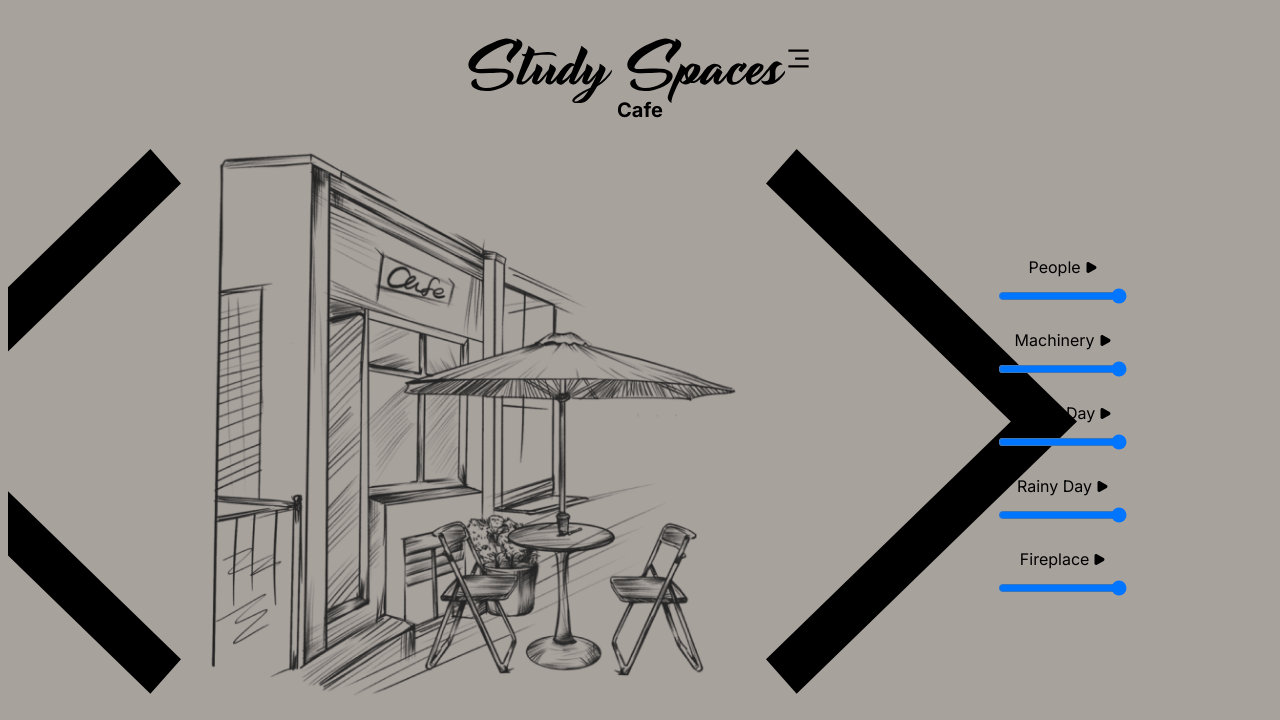
Repository: kaitlynlie/studyspaces
Page: / (app in studyspaces/)
These files come from the project's save history. The page is drawn as it stood at one moment and after the next save; the edit follows.
The browser window is 1280 px wide. The pictures show the whole page.
The project was rebuilt for these pictures with package versions that can differ from the ones it lists, and the page was loaded fresh each time. Also part of the build but not shown: studyspaces/vite.config.ts. Imported but missing from the stored project, and not drawn on this page: studyspaces/src/audio/fireplace.wav, studyspaces/src/audio/people.wav, studyspaces/src/audio/rain.wav, studyspaces/src/audio/softmachinery.mp3, studyspaces/src/audio/sun.wav.

Above is the page before, as saved 2023-09-28 11:32:25.

### studyspaces/index.html
<!DOCTYPE html>
<html lang="en">
  <head>
    <meta charset="UTF-8" />
    <link rel="icon" type="image/svg+xml" href="/vite.svg" />
    <meta name="viewport" content="width=device-width, initial-scale=1.0" />
    <title>Study Spaces</title>
  </head>
  <body>
    <div id="root"></div>
    <script type="module" src="/src/main.tsx"></script>
  </body>
</html>

### studyspaces/src/main.tsx
import React from 'react'
import ReactDOM from 'react-dom/client'
import App from './App'
import './index.scss'
import { BrowserRouter } from 'react-router-dom'

ReactDOM.createRoot(document.getElementById('root')!).render(
  <BrowserRouter>
    <App />
  </BrowserRouter>,
)

### studyspaces/src/App.tsx
import clsx from "clsx";
import { Route, Routes } from 'react-router-dom'
import React from "react";
import { Home } from "./pages/Home";
import { Navbar } from "./pages";

function App() {
  return (
    <>
      <div className={clsx("app", "w-full overflow-hidden")}>
          {/* <img
            src={tracks}
            alt='tracks'
            className={clsx(styles.tracks)}
          />  */}
        {/* <Navbar /> */}
        <Routes>
          <Route index path="/" element={<Home />} />
          {/* <Route path="about" element={<About />} />
          <Route path="membership" element={<Membership />} />
          <Route path="faq" element={<FAQ />} />
          <Route path="blog" element={<Blog />} />
          <Route path="careers" element={<Careers />} />
          <Route path='blog2' element={<Blog2 />} /> */}
      </Routes>
      </div>
    </>
  )
  }

export default App;

### studyspaces/src/index.scss
@import url("https://fonts.googleapis.com/css2?family=Inter:wght@400;500;600;700;800;900&display=swap");
// @import "./style/globals/general.scss";

@tailwind base;
@tailwind components;
@tailwind utilities;

:root {
  font-family: Inter;
  overflow-x: hidden;
}

@keyframes jump {
  0%, 100% {
    transform: translateY(0);
  }
  50% {
    transform: translateY(-20px);
  }
}

.jumping-word {
  display: inline-block;
  animation: jump 1s infinite;
}

### studyspaces/src/pages/Home.tsx
import styles from "./home.module.scss";
import clsx from "clsx";
import { title, coffee, leftarrow, rightarrow, play, pause } from "../assets";
import React, { ChangeEvent, useState, useRef } from 'react';
import { people, machinery, sunny, rainy, fire } from "../audio";
import { Navbar } from ".";

export function Home() {
  const [sliderValues, setSliderValues] = useState({
    peopleVolumeSlider: 1,
    machVolumeSlider: 1,
    sunnyVolumeSlider: 1,
    rainyVolumeSlider: 1,
    fireVolumeSlider: 1,
  });

  const handleSliderChange = (event: ChangeEvent<HTMLInputElement>) => {
    const { id, value } = event.target;
    setSliderValues((prevValues) => ({
      ...prevValues,
      [id]: parseFloat(value),
    }));
  };

  const [isPlaying, setIsPlaying] = useState<AudioState>({});

  interface AudioState {
    [key: string]: boolean;
  }

  const handlePlayButtonClick = (audioId: string) => {
    setIsPlaying((prevState) => ({
      ...prevState,
      [audioId]: !prevState[audioId] || !prevState[audioId],
    }));
  };

  return (
    <div className={clsx(styles.body)}>
        <section className={clsx(styles.home)}>
          <div className={clsx(styles.header)}>
            <div className={clsx(styles.studyspaces)}>
              <img src={title} className={clsx(styles.title)}/>
            </div>
            <div className={clsx(styles.dropdown)}>
              <Navbar />
            </div>
          </div>
            <h4>Cafe</h4>
            <div className={clsx(styles.content)}>
              <div className={clsx(styles.hero)}>
                <img id="leftArrow" src={leftarrow} />
                <img src={coffee} className={clsx(styles.coffee)} />
                <img id="rightArrow" src={rightarrow} />
              </div>

              <div className={clsx(styles.audiolist)}>
                <div className={clsx(styles.audio)}>
                  <div className={clsx(styles.title)}>
                    <p>People</p>
                    <img
                      src={play}
                      width="11"
                      height="11"
                      id="peoplePlayButton"
                      onClick={() => handlePlayButtonClick("peopleAudioPlayer")}                    />
                  </div>
                  <audio id="peopleAudioPlayer">
                    <source src={people} type="audio/wav" />
                  </audio>
                  <input
                    type="range"
                    id="peopleVolumeSlider"
                    min={0}
                    max={1}
                    step={0.1}
                    value={sliderValues.peopleVolumeSlider}
                    onChange={handleSliderChange}
                  />
                </div>

                <div className={clsx(styles.audio)}>
                  <div className={clsx(styles.title)}>
                    <p>Machinery</p>
                    <img
                      src={play}
                      width="11"
                      height="11"
                      id="machPlayButton"
                      onClick={() => handlePlayButtonClick("machAudioPlayer")}
                    />
                  </div>
                  <audio id="machAudioPlayer">
                    <source src={machinery} type="audio/mp3" />
                  </audio>
                  <input
                    type="range"
                    id="machVolumeSlider"
                    min={0}
                    max={1}
                    step={0.1}
                    value={sliderValues.machVolumeSlider}
                    onChange={handleSliderChange}
                  />
                </div>

                <div className={clsx(styles.audio)}>
                  <div className={clsx(styles.title)}>
                    <p>Sunny Day</p>
                    <img
                      src={play}
                      width="11"
                      height="11"
                      id="sunnyPlayButton"
                      onClick={() => handlePlayButtonClick("sunnyAudioPlayer")}
                    />
                  </div>
                  <audio id="sunnyAudioPlayer">
                    <source src={sunny} type="audio/wav" />
                  </audio>
                  <input
                    type="range"
                    id="sunnyVolumeSlider"
                    min={0}
                    max={1}
                    step={0.1}
                    value={sliderValues.sunnyVolumeSlider}
                    onChange={handleSliderChange}
                  />
                </div>

                <div className={clsx(styles.audio)}>
                  <div className={clsx(styles.title)}>
                    <p>Rainy Day</p>
                    <img
                      src={play}
                      width="11"
                      height="11"
                      id="rainyPlayButton"
                      onClick={() => handlePlayButtonClick("rainyAudioPlayer")}
                    />
                  </div>
                  <audio id="rainyAudioPlayer">
                    <source src={rainy} type="audio/wav" />
                  </audio>
                  <input
                    type="range"
                    id="rainyVolumeSlider"
                    min={0}
                    max={1}
                    step={0.1}
                    value={sliderValues.rainyVolumeSlider}
                    onChange={handleSliderChange}
                  />
                </div>

                <div className={clsx(styles.audio)}>
                  <div className={clsx(styles.title)}>
                    <p>Fireplace</p>
                    <img
                      src={play}
                      width="11"
                      height="11"
                      id="firePlayButton"
                      onClick={() => handlePlayButtonClick("fireAudioPlayer")}
                    />
                  </div>
                  <audio id="fireAudioPlayer">
                    <source src={fire} type="audio/wav" />
                  </audio>
                  <input
                    type="range"
                    id="fireVolumeSlider"
                    min={0}
                    max={1}
                    step={0.1}
                    value={sliderValues.fireVolumeSlider}
                    onChange={handleSliderChange}
                  />
                </div>
              </div>
            </div>
        </section>
    </div>
  );
}

### studyspaces/src/pages/home.module.scss
body {
    background-color: rgb(168, 162, 157);
    section.home {
        padding: 10px;
        display: flex;
        flex-direction: column;
        justify-content: center;
        align-items: center;
        overflow-y: hidden;
        .header {
          display: flex;
          justify-content: space-between;
          align-items: center;
          // flex-direction: row;
          // justify-content: flex-end;
          // align-items: flex-start;
          .studyspaces {
            flex-grow: 1;
            display: flex;
            justify-content: center;
            align-items: center;
            .title {
              margin-top: 20px;
            }
          }
          .dropdown {
            // display: flex;
            // justify-content: flex-end;
          }
        }
        h4 {
            text-align: center;
            font-size: 20px;
            font-weight: 700;
            margin-top: -5px;
        }
        .content {
            display: flex;
            justify-content: space-between;
            gap: 200px;
            transition: gap 0.3s ease;
            // @media (max-width: 1089px) {
            //     gap: 50px;
            // }
            // @media (max-width: 919px) {
            //   flex-direction: column;
            // }
            .hero {
                display: flex;
                justify-content: center;
                gap: 30px;
                .coffee {
                    max-width: 550px;
                    max-height: 550px;
                    width: 100%;
                    height: 100%;
                    @media (max-width: 664px) {
                        max-width: 300px;
                        max-height: 300px;
                    }
                }
            }
            .audiolist {
                display: flex;
                flex-direction: column;
                align-items: center;
                justify-content: center;
                .audio {
                    display: flex;
                    flex-direction: column;
                    justify-content: center;
                    align-items: center;
                    .title {
                        display: flex;
                        flex-direction: row;
                        justify-content: center;
                        align-items: center;
                        gap: 5px;
                        img {
                            cursor: pointer;
                        }
                        .custom-range-slider {
                            appearance: none;
                            width: 100%;
                            height: 8px;
                            border-radius: 5px;
                            background-color: black;
                            outline: none;
                          }

                          .custom-range-slider::-webkit-slider-thumb {
                            appearance: none;
                            width: 16px;
                            height: 16px;
                            border-radius: 50%;
                            background-color: white;
                            cursor: pointer;
                          }

                          .custom-range-slider::-moz-range-thumb {
                            width: 16px;
                            height: 16px;
                            border-radius: 50%;
                            background-color: white;
                            cursor: pointer;
                          }

                          .custom-range-slider::-ms-thumb {
                            width: 16px;
                            height: 16px;
                            border-radius: 50%;
                            background-color: white;
                            cursor: pointer;
                          }
                        #peopleVolumeSlider {
                            -webkit-appearance: none;
                            appearance: none;
                            width: 100%;
                            height: 5px;
                            background-color: black; /* Set the default color of the track/bar */
                            outline: none;
                            position: relative;
                          }

                          #peopleVolumeSlider::-webkit-slider-thumb {
                            -webkit-appearance: none;
                            appearance: none;
                            width: 12px;
                            height: 12px;
                            background-color: black; /* Set the color of the slider thumb */
                            cursor: pointer;
                            border-radius: 50%;
                            position: relative;
                            z-index: 1;
                          }

                          #sunnyVolumeSlider {
                            -webkit-appearance: none;
                            appearance: none;
                            width: 100%;
                            height: 5px;
                            background-color: black; /* Set the default color of the track/bar */
                            outline: none;
                            position: relative;
                          }

                          #sunnyVolumeSlider::-webkit-slider-thumb {
                            -webkit-appearance: none;
                            appearance: none;
                            width: 12px;
                            height: 12px;
                            background-color: black; /* Set the color of the slider thumb */
                            cursor: pointer;
                            border-radius: 50%;
                            position: relative;
                            z-index: 1;
                          }

                          #rainyVolumeSlider {
                            -webkit-appearance: none;
                            appearance: none;
                            width: 100%;
                            height: 5px;
                            background-color: black; /* Set the default color of the track/bar */
                            outline: none;
                            position: relative;
                          }

                          #rainyVolumeSlider::-webkit-slider-thumb {
                            -webkit-appearance: none;
                            appearance: none;
                            width: 12px;
                            height: 12px;
                            background-color: black; /* Set the color of the slider thumb */
                            cursor: pointer;
                            border-radius: 50%;
                            position: relative;
                            z-index: 1;
                          }

                          #machVolumeSlider {
                            -webkit-appearance: none;
                            appearance: none;
                            width: 100%;
                            height: 5px;
                            background-color: black; /* Set the default color of the track/bar */
                            outline: none;
                            position: relative;
                          }

                          #machVolumeSlider::-webkit-slider-thumb {
                            -webkit-appearance: none;
                            appearance: none;
                            width: 12px;
                            height: 12px;
                            background-color: black; /* Set the color of the slider thumb */
                            cursor: pointer;
                            border-radius: 50%;
                            position: relative;
                            z-index: 1;
                          }

                          #fireVolumeSlider {
                            -webkit-appearance: none;
                            appearance: none;
                            width: 100%;
                            height: 5px;
                            background-color: black; /* Set the default color of the track/bar */
                            outline: none;
                            position: relative;
                          }

                          #fireVolumeSlider::-webkit-slider-thumb {
                            -webkit-appearance: none;
                            appearance: none;
                            width: 12px;
                            height: 12px;
                            background-color: black; /* Set the color of the slider thumb */
                            cursor: pointer;
                            border-radius: 50%;
                            position: relative;
                            z-index: 1;
                          }
                    }
                    input {
                        margin-top: -5px;
                        margin-bottom: 10px
                    }
                }
            }
        }
    }
}

### studyspaces/src/assets/index.ts
import title from './title.svg'
import coffee from './coffee.png'
import leftarrow from './leftarrow.svg'
import rightarrow from './rightarrow.svg'
import play from './play.svg'
import pause from './pause.svg'

export {
    title,
    coffee,
    leftarrow,
    rightarrow,
    play,
    pause
}

### studyspaces/src/audio/index.ts
import people from './people.wav'
import machinery from './softmachinery.mp3'
import sunny from './sun.wav'
import rainy from './rain.wav'
import fire from './fireplace.wav'

export {
    people,
    machinery,
    sunny,
    rainy,
    fire
}

### studyspaces/src/pages/index.ts
import Navbar from "./Navbar";

export {
    Navbar
}

### studyspaces/src/pages/Navbar.tsx
import React from 'react'
import styles from './Navbar.module.scss'
import clsx from 'clsx'
import { title } from '../assets'
import { Link } from 'react-router-dom'
import { useState } from 'react'
import { RiMenu3Line, RiCloseLine } from 'react-icons/ri';

const Navbar = () => {
  const [toggleMenu, setToggleMenu] = useState(false);
  const [nav, setNav] = useState(false);

  const openNav = () => {
    setNav(!nav);
  };

  return (
    <nav className={clsx(styles.navbar)}>
    <div className={clsx(styles.toggle)}>
        {toggleMenu
          ? <RiCloseLine color="#000" size={27} onClick={() => setToggleMenu(false)} />
          : <RiMenu3Line color="#000" size={27} onClick={() => setToggleMenu(true)} />}
        {toggleMenu && (
        <div className={clsx(styles.box)}>
          <div className="none">
            <ul className={clsx(styles.dropdown)}>
            <Link onClick={openNav} to='/'><li><a>Home</a></li></Link>
            <Link onClick={openNav} to='/about'><li><a>About</a></li></Link>
            <Link onClick={openNav} to='/membership'><li><a>Todo</a></li></Link>
            <Link onClick={openNav} to='/faq'><li><a>Timer</a></li></Link>
            </ul>
          </div>
        </div>
        )}
        </div>
  </nav>
  )
}

export default Navbar

### studyspaces/src/pages/Navbar.module.scss
nav.navbar {
    display: flex;
    flex-direction: row;
    align-items: center;
    justify-content: flex-end;
    z-index: 10;
    .components {
      display: flex;
      flex-direction: row;
      gap: 30px;
      font-size: 20px;
      font-weight: 500;
      line-height: 130%;
      z-index: 10;
      cursor: pointer;
      margin-right: 30px;
      a {
        z-index: 10;
        list-style-type: none;
        text-decoration: none;
        color: inherit;
      }
      @media (max-width: 1156px) {
        display: none;
      }
    }
    .signin {
      display: flex;
      flex-direction: row;
      align-items: center;
      gap: 10px;
      font-size: 20px;
      font-weight: 500;
      line-height: 130%;
      z-index: 10;
      cursor: pointer;
      @media (max-width: 1156px) {
        display: none;
      }
      .button {
        border-radius: 5px;
        background: #184171;
        width: 150px;
        height: 49px;
        color: white;
        margin-right: 5px;
        z-index: 10;
      }
    }
    .toggle {
      cursor: pointer;
      z-index: 10;

    //   margin-left: 20px;
    //   margin-right: 5px;
      .box {
        display: flex;
        justify-content: flex-end;
        align-items: flex-end;
        flex-direction: column;
        text-align: end;
        background-color: #ffffffc9;
        padding: 30px;
        position: absolute;
        top: 40px;
        right: 10px;
        border-radius: 5px;
        box-shadow: 0 10px 20px 0 rgba(0,0,0,0.5);
        z-index: 10;
        .dropdown {
          display: flex;
          justify-content: flex-end;
          align-items: flex-end;
          flex-direction: column;
          color: white;
          text-align: end;
          padding: 1px;
          li {
            margin-top: 8px;
            list-style-type: none;
            text-decoration: none;
            color: black;
          }
        }
      }
    }
  }

After the next save:
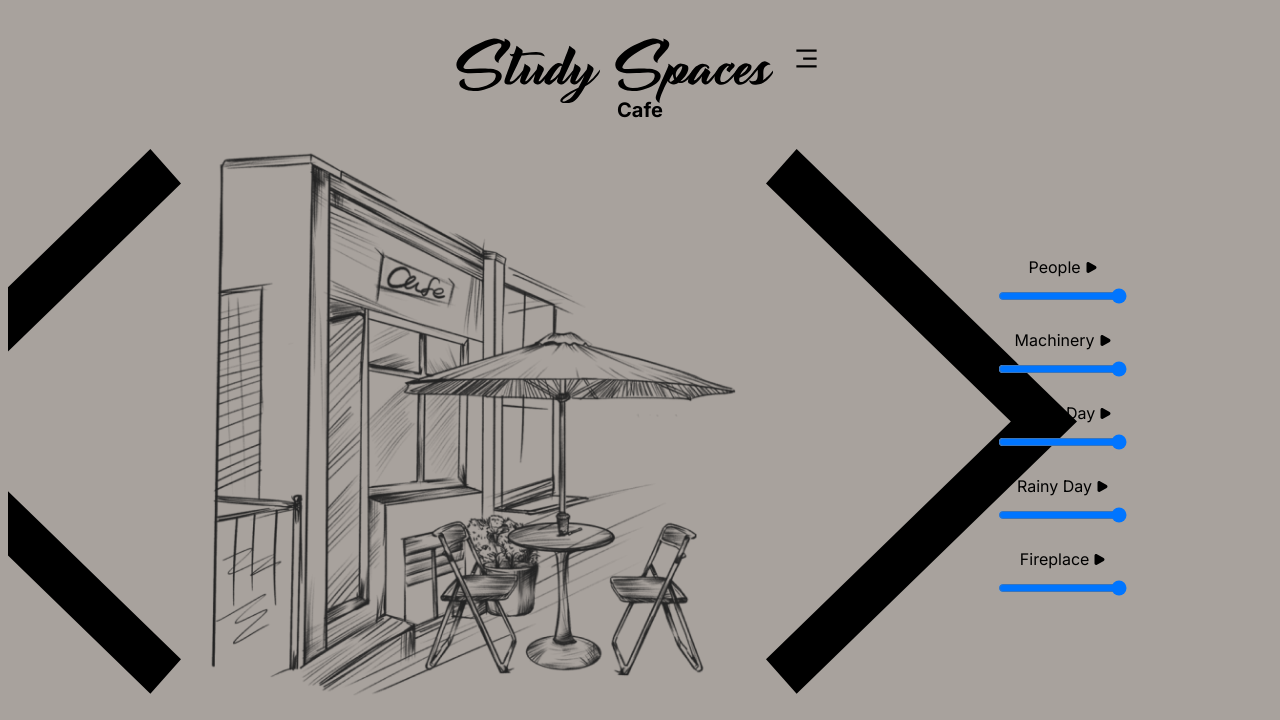
Saved 27 s later.
--- a/studyspaces/src/pages/Navbar.module.scss
+++ b/studyspaces/src/pages/Navbar.module.scss
@@ -51,8 +51,8 @@ nav.navbar {
       cursor: pointer;
       z-index: 10;
 
-    //   margin-left: 20px;
-    //   margin-right: 5px;
+      margin-left: 20px;
+      margin-right: 5px;
       .box {
         display: flex;
         justify-content: flex-end;
